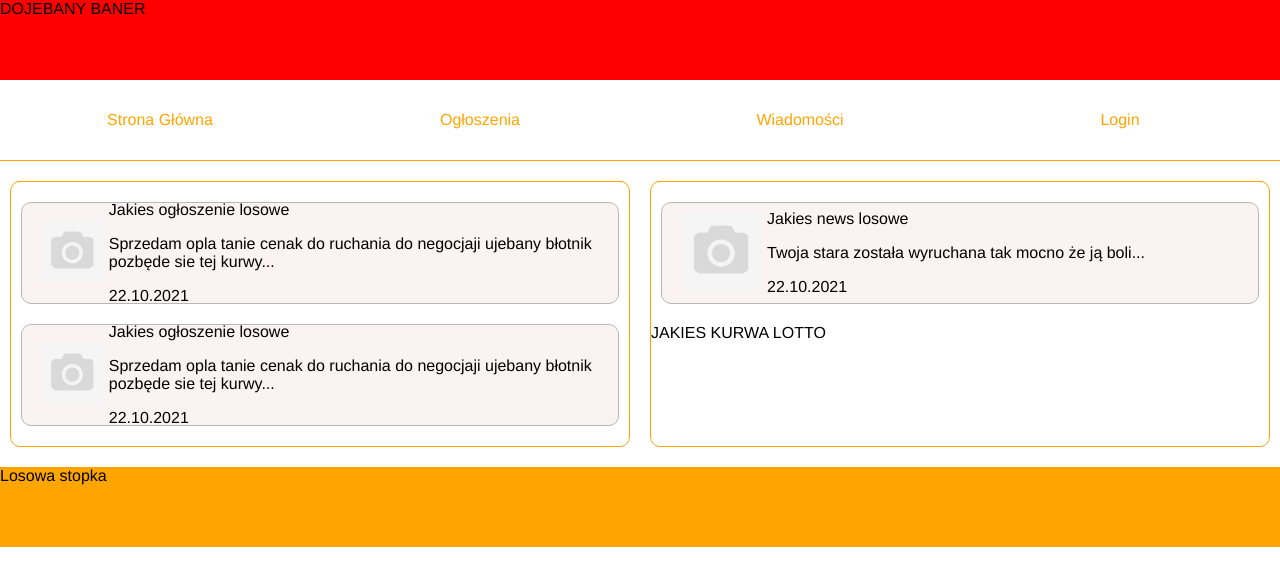
Repository: PatrykStawik/projectppz
Page: /
The author's editor kept a copy of each file at every save. The page is drawn from the files as they stood at one save, then again after a run of saves.
The browser window is 1280 px wide. The pictures show the whole page.
The project was rebuilt for these pictures with package versions that can differ from the ones it lists, and the page was loaded fresh each time. The framework's server and built-in components were replaced by stand-ins that run in the browser.

Above is the page before, as saved 2021-05-22 14:08:02.

After the next 2 saves:
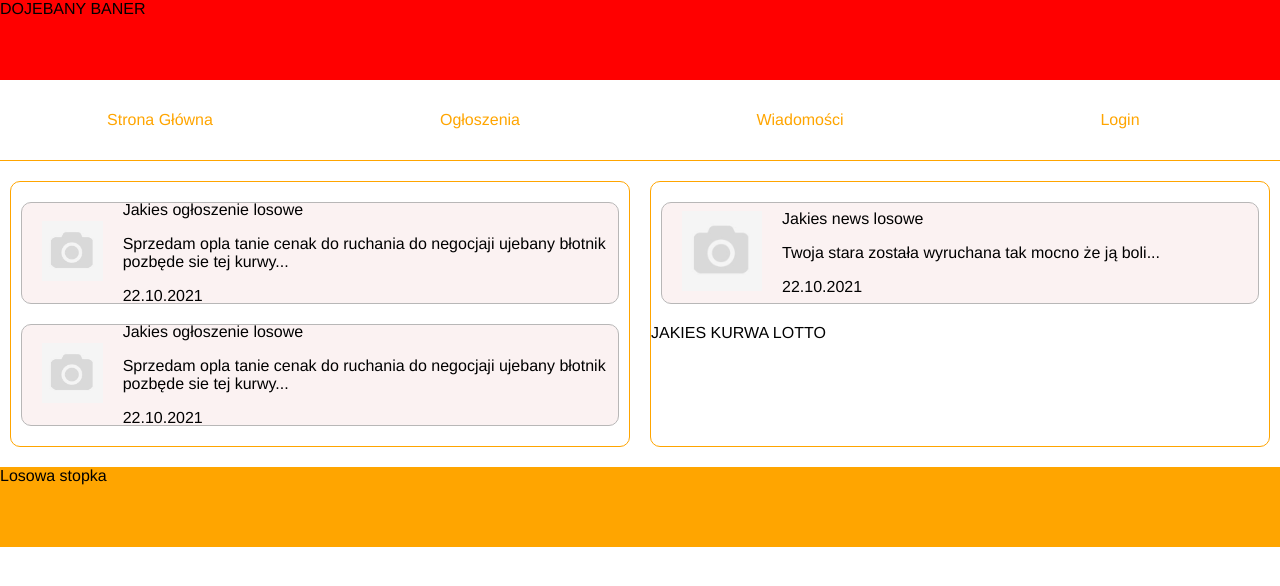
The 2 saves are shown as one change because they came seconds apart.
The last was saved 9 s later.
--- a/components/common/Bar/Bar.tsx
+++ b/components/common/Bar/Bar.tsx
@@ -23,7 +23,7 @@ const Wrapper = styled.div`
   }
   .body{
     margin-left: 20px;
-    margin: 5px
+    margin: 5px 0 5px 20px;
   }
 `;
 
